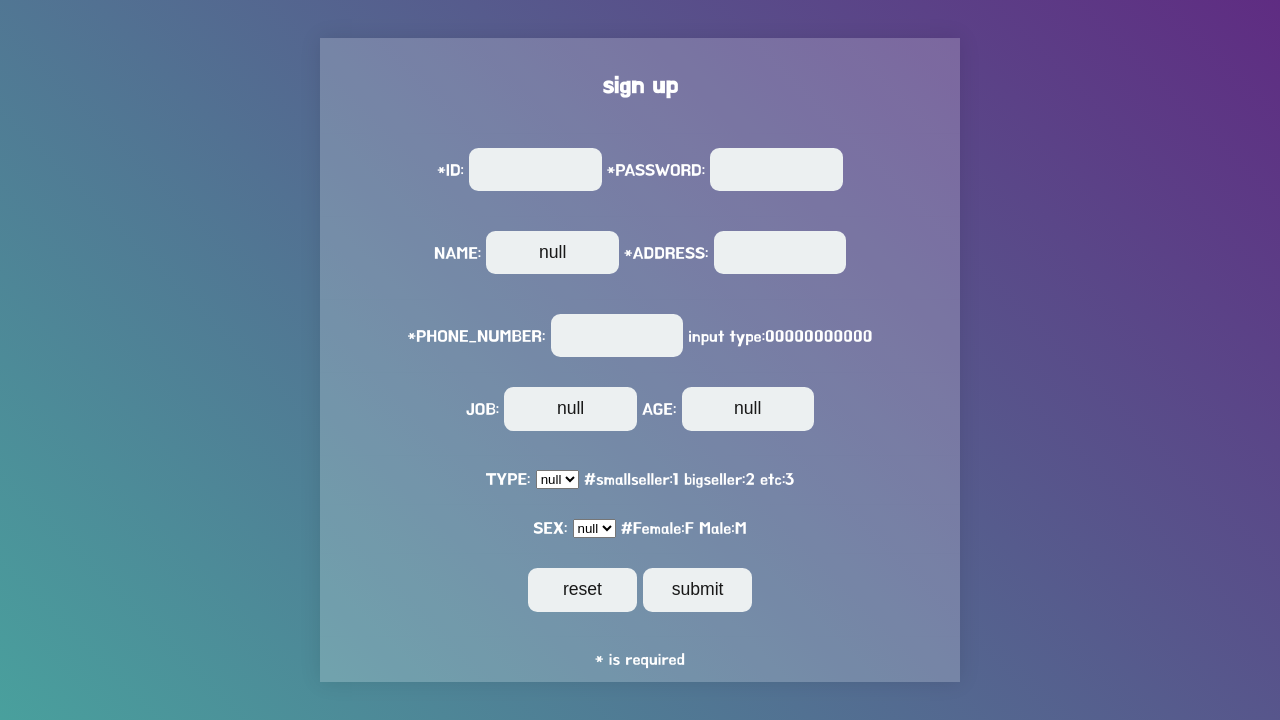
Repository: MIR013/KNU_DB_Project_Team5
Page: http://localhost/Databaase/Sign_up.html
The author's editor kept a copy of each file at every save. The page is drawn from the files as they stood at one save, then again after the next save.
The browser window is 1280 px wide. The pictures show the whole page.
The page is served by Tomcat 9. Nobody is signed in. The application's start-up code is not run.

Above is the page before, as saved 2018-11-22 10:06:38.

### dbphase/Databaase/WebContent/Sign_up.html
<!DOCTYPE html>
<html>
<head>
<link rel='stylesheet' type='text/css' href='mystyle.css'>
<meta charset="UTF-8">
<title>Insert title here</title>
</head>
<body>
	<form action="sign_up.jsp" method="POST">
	<div class="container">
	<table>
			<tr>
				<th><h2> sign up </h2></th>
			</tr>
			<tr>
				<td>*ID: <input type="text" name="signUpID" required/>
					    *PASSWORD: <input type="text" name="signUpPASSWORD" required/></td>
			</tr>
			<tr>
				<td>NAME: <input type="text" name="signUpNAME" value="null"/>
				*ADDRESS: <input type="text" name="signUpADDRESS" required/></td>
			</tr>
			<tr>
				<td>*PHONE_NUMBER: <input type="text" name="signUpPHONE_NUMBER" required/> input type:00000000000 </td>
			</tr>
			<tr>
				<td>JOB: <input type="text" name="signUpJOB" value="null"/>
				AGE: <input type="text" name="signUpAGE" value="null"/></td>
			</tr>
			<tr>
				<td>TYPE: <select name="signUpTYPE"> <option value="1">1</option>
													<option value="2">2</option>
													<option value="3">3</option>
													<option value="null" selected>null</option>
													</select> #smallseller:1 bigseller:2 etc:3 </td>
			</tr>
			<tr>
				<td>SEX: <select name="signUpSEX"> <option value="f">F</option>
													<option value="m">M</option>
													<option value="null" selected>null</option>
													</select> #Female:F Male:M </td></td>
			</tr>
			<tr>
				<td><input type="reset" value="reset"/> <input type="submit" value="submit"/> </td>
			</tr>
			<tr>
				<td> * is required </td>
			</tr>



		</table>
		</div>
	</form>



</body>
</html>

### dbphase/Databaase/WebContent/mystyle.css


@font-face{
	font-family:"hanna";
	src:url("hanna.ttf")format("truetype");
}



button {
    width: 18%;
    text-align: center;
    font-size: 1.1em;
    padding: 1ex;
    border: 2px solid #ECF0F1;
    transition: border ease 500ms;
    border-radius: 1ex;
    background: #ECF0F1;
    color: #181818;

    &:focus {
      outline: none;
      border: 2px solid #3498DB;
    }

    &:not(:last-child) {
      margin-bottom: 1ex;
    }
}
input {
    width: 18%;
    text-align: center;
    font-size: 1.1em;
    padding: 1ex;
    border: 2px solid #ECF0F1;
    transition: border ease 500ms;
    border-radius: 1ex;
    background: #ECF0F1;
    color: #181818;

    &:focus {
      outline: none;
      border: 2px solid #3498DB;
    }

    &:not(:last-child) {
      margin-bottom: 1ex;
    }
}
button {
   color: white;
   border: 2px solid #3498DB;
   background: #3498DB;
}

html,
body {
	height: 100%;
}


body {
	margin: 0;
	background: linear-gradient(45deg, #49a09d, #5f2c82);
	font-family: hanna;
	font-weight: 100;
}

.container {
	position: absolute;
	top: 50%;
	left: 50%;
	transform: translate(-50%, -50%);
}

table {
	/*width: 800px;*/
	border-collapse: collapse;
	overflow: hidden;
	box-shadow: 0 0 20px rgba(0,0,0,0.1);
}

th,
td {
	white-space:nowrap;
	text-align: center;
	padding: 15px;
	background-color: rgba(255,255,255,0.2);
	color: #fff;
	margin-left: auto; margin-right: auto;
}

th {
	text-align: center;
}

thead {
	th {
		background-color: #55608f;
	}
}

tbody {
	tr {
		&:hover {
			background-color: rgba(255,255,255,0.3);
		}
	}
	td {
		position: relative;
		&:hover {
			&:before {
				content: "";
				position: absolute;
				left: 0;
				right: 0;
				top: -9999px;
				bottom: -9999px;
				background-color: rgba(255,255,255,0.2);
				z-index: -1;
			}
		}
	}
}

After the next save:
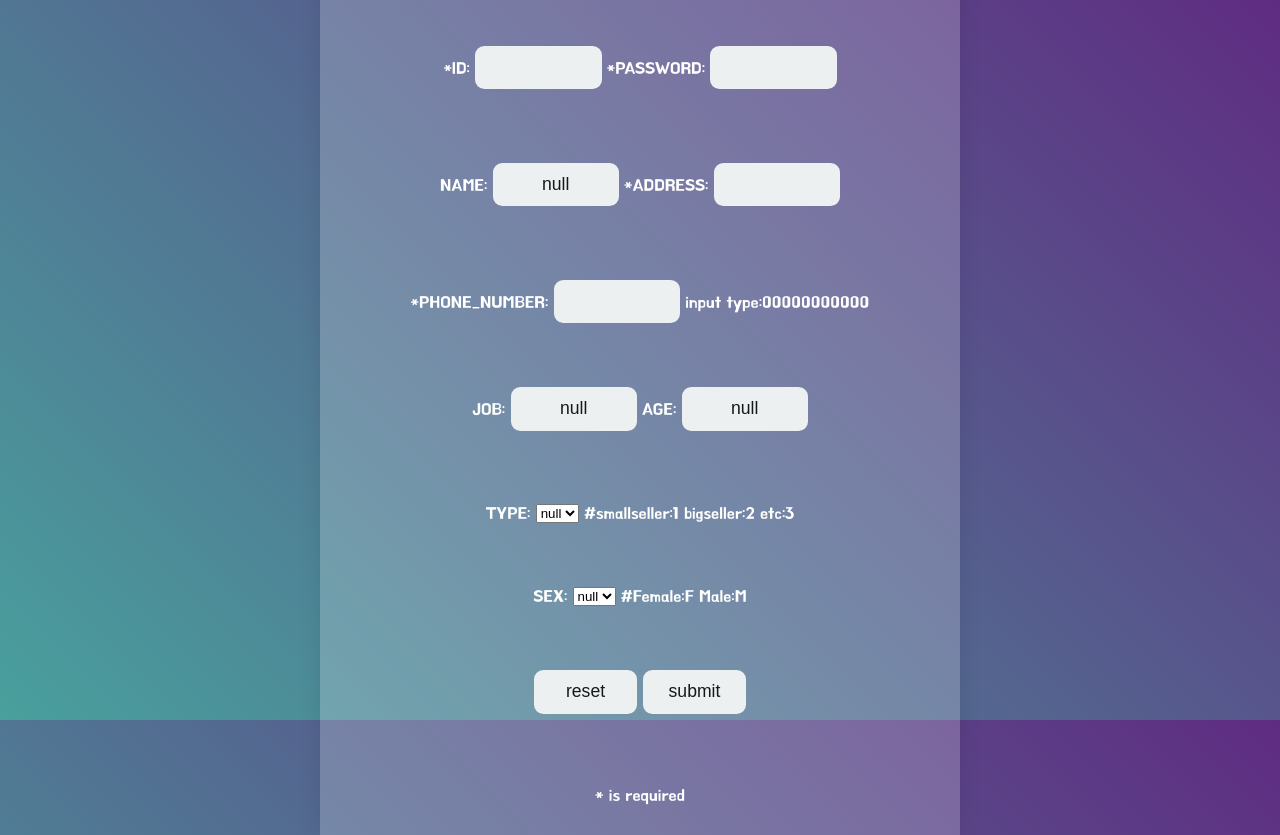
Saved 13 s later.
--- a/dbphase/Databaase/WebContent/mystyle.css
+++ b/dbphase/Databaase/WebContent/mystyle.css
@@ -84,7 +84,7 @@
 td {
 	white-space:nowrap;
 	text-align: center;
-	padding: 15px;
+	padding: 5%;
 	background-color: rgba(255,255,255,0.2);
 	color: #fff;
 	margin-left: auto; margin-right: auto;

After the save that followed:
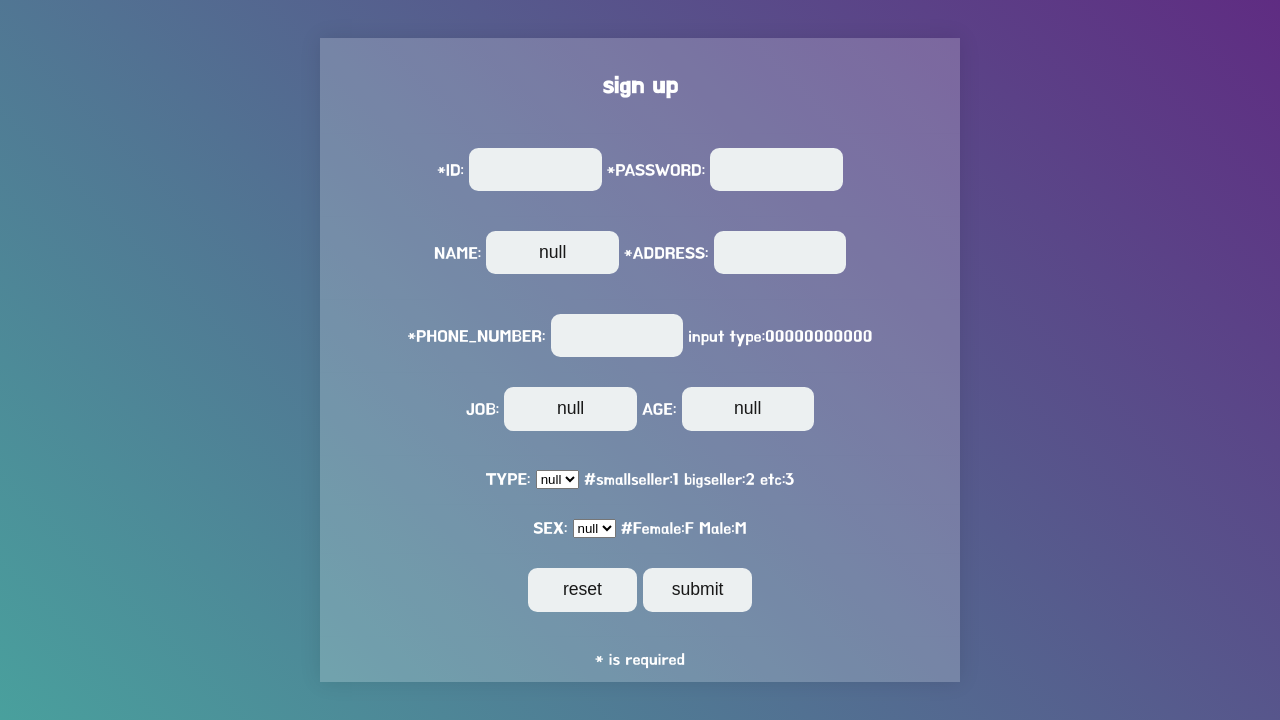
Saved 27 s later.
--- a/dbphase/Databaase/WebContent/mystyle.css
+++ b/dbphase/Databaase/WebContent/mystyle.css
@@ -84,7 +84,7 @@
 td {
 	white-space:nowrap;
 	text-align: center;
-	padding: 5%;
+	padding: 15px;
 	background-color: rgba(255,255,255,0.2);
 	color: #fff;
 	margin-left: auto; margin-right: auto;
